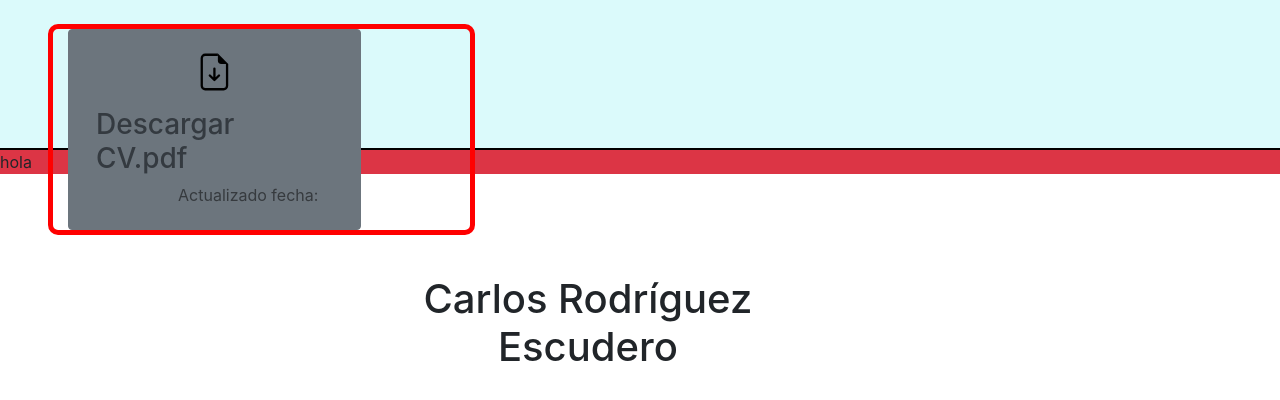
Repository: CarlosRoEs/CarlosWebCV
Page: index.html
An editor plug-in stored every save of this project. The page is shown before and after the next save, followed by the edit.
The browser window is 1280 px wide. The pictures show the whole page.
The style sheet was rebuilt from its Sass, Less or Tailwind sources for each picture, by a compiler version that may differ from the author's.

Above is the page before, as saved 2020-09-15 15:55:13.

### index.html
<!DOCTYPE html>
<html lang="es">

<head>
    <meta charset="UTF-8">
    <meta name="viewport" content="width=device-width, initial-scale=1.0">
    <title>Carlos Rodríguez</title>
    <link rel="stylesheet" href="bootstrap/css/bootstrap.min.css">
    <link rel="stylesheet" href="Sass/dist/header.css">
</head>

<body>

    <div class="container-fluid">
        <div id="row-header" class="row">
            <header id="header" class="col-12">
                <div id="row-a-header" class="row">

                            <a href="https://www.sport.es/es/" id="a-header" class="col-4 text-decoration-none d-flex flex-row flex-wrap mt-4 ml-5">
                                <button type="button" class="btn btn-secondary" data-toggle="tooltip" data-placement="top" title="Tooltip on top">
                                    <svg width="40px" height="40px" viewBox="0 0 16 16" class="bi bi-file-earmark-arrow-down col-3 mt-3" fill="dark" xmlns="http://www.w3.org/2000/svg">
                                        <path d="M4 0h5.5v1H4a1 1 0 0 0-1 1v12a1 1 0 0 0 1 1h8a1 1 0 0 0 1-1V4.5h1V14a2 2 0 0 1-2 2H4a2 2 0 0 1-2-2V2a2 2 0 0 1 2-2z" />
                                        <path d="M9.5 3V0L14 4.5h-3A1.5 1.5 0 0 1 9.5 3z" />
                                        <path fill-rule="evenodd" d="M8 6a.5.5 0 0 1 .5.5v3.793l1.146-1.147a.5.5 0 0 1 .708.708l-2 2a.5.5 0 0 1-.708 0l-2-2a.5.5 0 1 1 .708-.708L7.5 10.293V6.5A.5.5 0 0 1 8 6z" />
                                    </svg>
                                    <h3 id="h3-header" class="col-9 mt-3 text-left text-dark">Descargar CV.pdf</h3>
                                <div class="row w-100">
                                    <p class="col-12 text-right text-black-50">Actualizado fecha:</p>
                                </div>
                                  </button>


                            </a>
                    <div class="col-8 d-flex justify-content-center mt-4">
                        <h1 class="mt-3 mr-5 align-items-center">Carlos Rodríguez Escudero</h1>
                    </div>
                </div>
            </header>
        </div>
        <div class="row bg-danger">
            hola
        </div>

    </div>

    <script type="text/javascript" src="jquery/jquery-3.5.1.min.js"></script>
    <script type="text/javascript" src="bootstrap/js/bootstrap.min.js"></script>
</body>

</html>

### Sass/header.scss
* {
    margin: 0px;
    padding: 0px;
}


#header {
    height: 150px;
    text-align: center;
    border-bottom: 2px solid black;
    background-color: rgba(175, 244, 247, 0.446);

    h1{
        margin-left: 45%;
    }
}

#a-header {
    border: 5px solid red;
    border-radius: 10px;
    font-size: 10px;
}

Loaded but not shown: bootstrap/css/bootstrap.min.css (library); jquery/jquery-3.5.1.min.js (library); bootstrap/js/bootstrap.min.js (library)

After the next save:
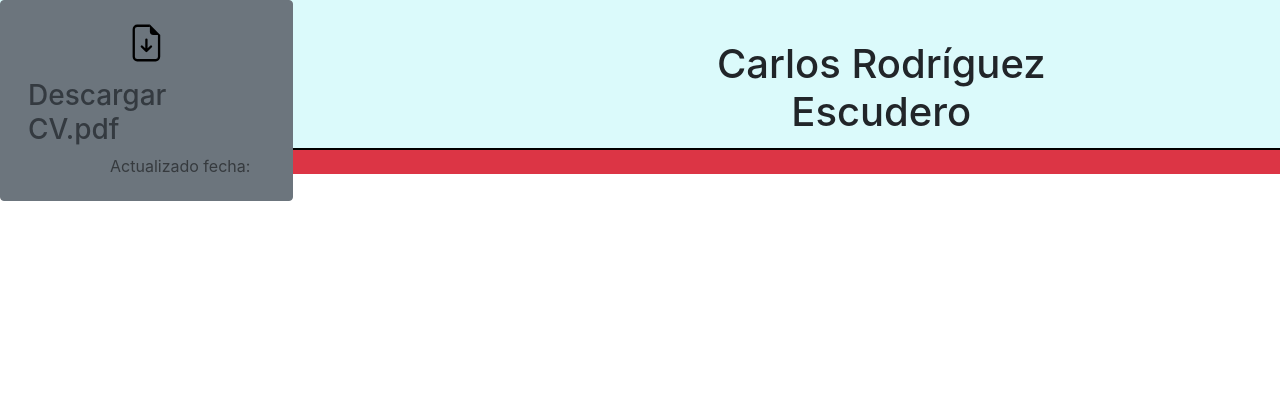
Saved 12 s later.
--- a/index.html
+++ b/index.html
@@ -16,7 +16,7 @@
             <header id="header" class="col-12">
                 <div id="row-a-header" class="row">
 
-                            <a href="https://www.sport.es/es/" id="a-header" class="col-4 text-decoration-none d-flex flex-row flex-wrap mt-4 ml-5">
+                            <!-- <a href="https://www.sport.es/es/" id="a-header" class="col-4 text-decoration-none d-flex flex-row flex-wrap mt-4 ml-5"> -->
                                 <button type="button" class="btn btn-secondary" data-toggle="tooltip" data-placement="top" title="Tooltip on top">
                                     <svg width="40px" height="40px" viewBox="0 0 16 16" class="bi bi-file-earmark-arrow-down col-3 mt-3" fill="dark" xmlns="http://www.w3.org/2000/svg">
                                         <path d="M4 0h5.5v1H4a1 1 0 0 0-1 1v12a1 1 0 0 0 1 1h8a1 1 0 0 0 1-1V4.5h1V14a2 2 0 0 1-2 2H4a2 2 0 0 1-2-2V2a2 2 0 0 1 2-2z" />
